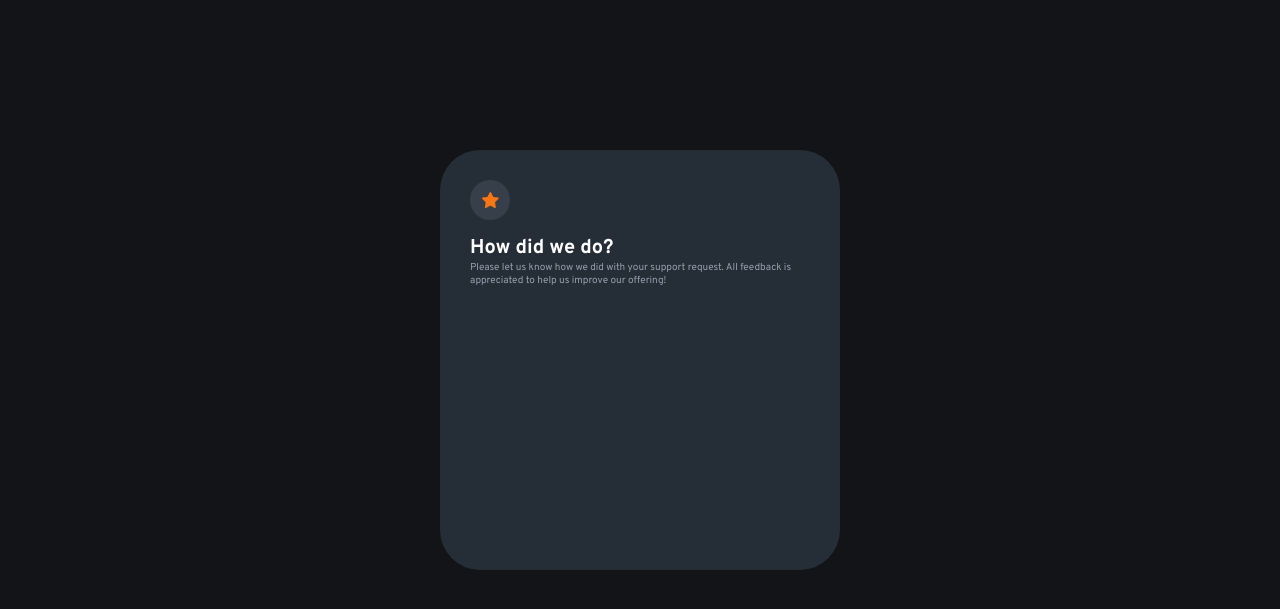
Repository: itbeginswithi/FrontebdMentor
Page: / (app in interactive-rating-component-main/)
An editor plug-in stored every save of this project. The page is shown before and after the next save, followed by the edit.
The browser window is 1280 px wide. The pictures show the whole page.
The project was rebuilt for these pictures with package versions that can differ from the ones it lists, and the page was loaded fresh each time.

Above is the page before, as saved 2022-07-23 19:28:02.

After the next save:
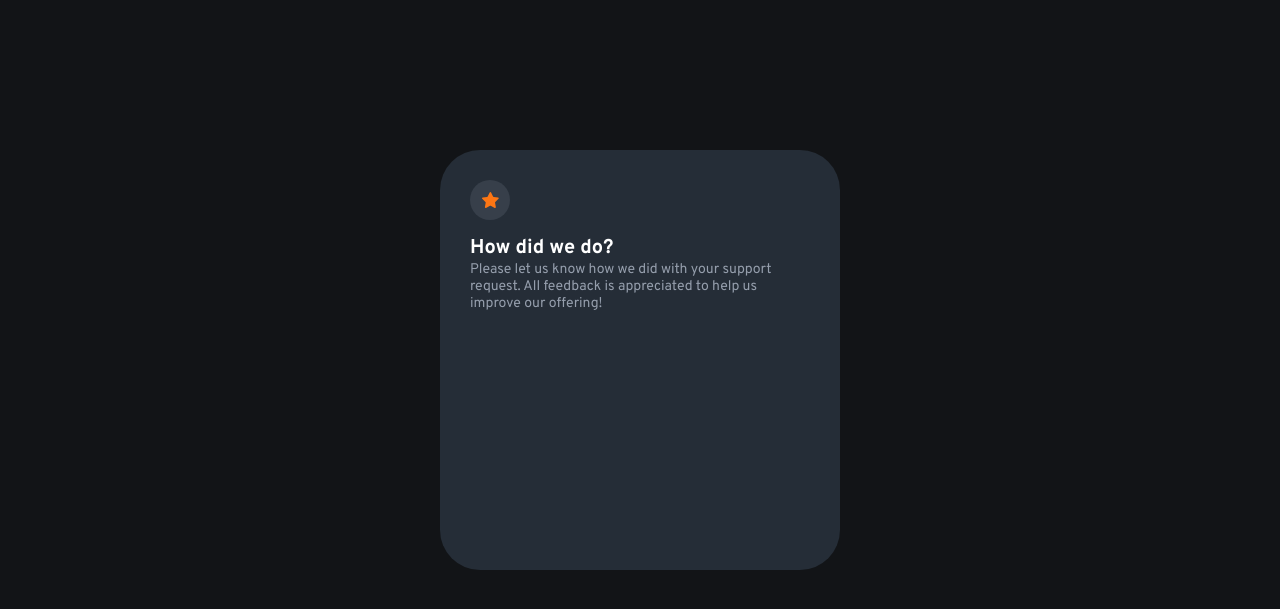
Saved 60 s later.
--- a/interactive-rating-component-main/src/App.scss
+++ b/interactive-rating-component-main/src/App.scss
@@ -61,6 +61,7 @@ main{
             p{
                 color: $light-grey;
                 font-weight: $regular;
+                font-size: 1.4rem;
             }
         }
     }
